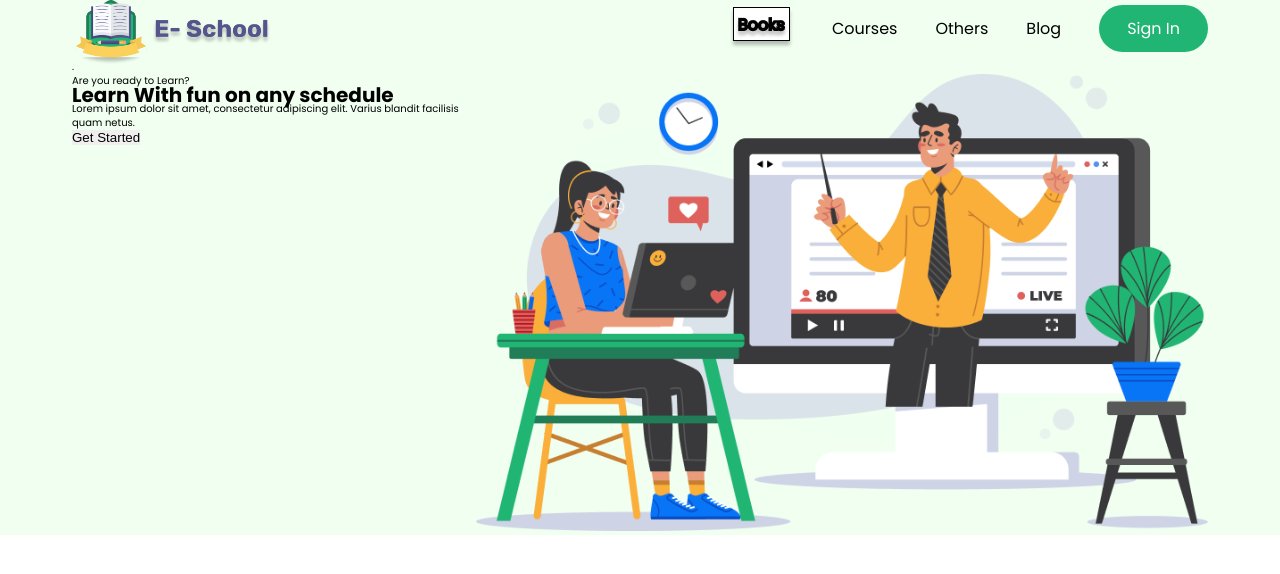
Repository: bijaythakur-code/E-school
Page: index.html
These files come from the project's save history. The page is drawn as it stood at one moment and after the next save; the edit follows.
The browser window is 1280 px wide. The pictures show the whole page.

Above is the page before, as saved 2022-05-11 14:58:12.
Console error: TypeError: Cannot set properties of null (setting 'textContent')

### index.html
<!DOCTYPE html>
<html lang="en">
  <head>
    <meta charset="UTF-8" />
    <meta http-equiv="X-UA-Compatible" content="IE=edge" />
    <meta name="viewport" content="width=device-width, initial-scale=1.0" />

    <link rel="preconnect" href="https://fonts.googleapis.com" />
    <link rel="preconnect" href="https://fonts.gstatic.com" crossorigin />
    <link
      href="https://fonts.googleapis.com/css2?family=Poppins:wght@400;500;700&family=Roboto&display=swap"
      rel="stylesheet"
    />

    <link rel="stylesheet" href="/css/general.css" />
    <link rel="stylesheet" href="/css/style.css" />
    <link rel="stylesheet" href="/css/queries.css" />
    <title>Starter Project</title>
  </head>
  <body>
    <header>
      <div class="container">
        <nav>
          <div class="logo">
            <a href="/">
              <img src="/img/logo.png" alt="E-school logo" />
            </a>
          </div>
          <ul class="main-nav">
            <li>
              <a href="/">
                <img src="/img/img-icon-books-nav.png" alt="E-school Books" />
              </a>
            </li>
            <li>
              <a class="nav-link" href="#">Courses</a>
            </li>
            <li>
              <a class="nav-link" href="#">Others</a>
            </li>
            <li>
              <a class="nav-link" href="#">Blog</a>
            </li>
            <li>
              <a class="sign-in nav-link" href="#">Sign In</a>
            </li>
          </ul>
        </nav>

        <!-- hero section -->
        .
        <div class="hero">
          <div class="hero-left">
            <p>Are you ready to Learn?</p>
            <h1>Learn With fun on <span>any schedule</span></h1>
            <p>
              Lorem ipsum dolor sit amet, consectetur adipiscing elit. Varius
              blandit facilisis quam netus.
            </p>
            <a href="#">
              <button class="btn-get-started">Get Started</button>
            </a>
          </div>
          <div class="hero-right">
            <img src="/img/image-hero.png" alt="E-school hero" />
        </div>
      </div>
    </header>
    <script src="js/script.js"></script>
  </body>
</html>

### css/general.css
/*
--- 01 TYPOGRAPHY SYSTEM

- Font sizes (px)


- Font weights
Default: 400
Medium: 500

Bold: 700


- Line heights
Default: 1
Small: 1.05
Medium: 1.2
Paragraph default: 1.6
Large: 1.8

- Letter spacing
-0.5px
0.75px

--- 02 COLORS

#000000 -- black
#21B573 -- primary
#FFFFFF -- white
#FD511A -- primary-shade-one
#413960 -- secondary
#585859 -- secondary-tint-one
#282531 -- footer background
#CDCDCD -- primary-tint-one

#F0FFF0 -- hero background

- Primary:
- Tints:


- Shades:


- Accents:
- Greys


--- 05 SHADOWS


--- 06 BORDER-RADIUS

Default: 9px
Medium: 11px

--- 07 WHITESPACE

- Spacing system (px)

*/

:root {
  /* COLORS VARIABLES */
  --primary-color: #21b573;
  --primary-shade-one: #fd511a;
  --primary-tint-one: #cdcdcd;

  --secondary-color: #413960;
  --secondary-tint-one: #585859;

  --hero-background: #f0fff0;
  --footer-background: #282531;

  --black-color: #000000;
  --white-color: #ffffff;
}

*,
*::after,
*::before {
  padding: 0;
  margin: 0;
  box-sizing: border-box;
}

html {
  /* font-size: 10px; */

  /* 10px / 16px = 0.625 = 62.5% */
  /* Percentage of user's browser font-size setting */
  font-size: 62.5%;

  /* Does NOT work on Safari */
  /* scroll-behavior: smooth; */
}

body {
  font-family: 'Poppins', sans-serif;
  line-height: 140%;
  font-weight: 400;
}

ul {
  list-style: none;
}

a {
  text-decoration: none;
}

img {
  max-width: 100%;
  height: auto;
}

button {
  border: none;
  outline: none;
  cursor: pointer;
}

/*=============== GENERAL REUSABLE CSS CLASSES ===============*/

.container {
  /* 1200px */
  max-width: 120rem;
  padding: 0 3.2rem;
  margin: 0 auto;
}

### css/style.css
/*=============== HEADER & NAV ===============*/

header {
  background-color: var(--hero-background);
}
nav {
  display: flex;
  justify-content: space-between;
}

.main-nav {
  display: flex;
  justify-content: space-between;
  align-items: center;
  gap: 38px;
}

.logo {
  height: 60px;
  width: 200px;
}

.nav-link {
  font-family: 'Poppins', sans-serif;
  font-weight: 400;
  font-size: 16px;
  color: #000000;
}

.sign-in {
  color: #ffffff;
  padding: 12px 28px;
  width: 104px;
  height: 43px;
  background: #21b573;
  border-radius: 33px;
}

/* mobile menu */

/*=============== HERO SECTION ===============*/

.hero {
  display: flex;
}

### css/queries.css
/* rem and em do NOT depend on html font-size in media queries! Instead, 1rem = 1em = 16px */

/**************************/
/* BELOW 1344px (Smaller desktops) */
/**************************/

@media (max-width: 84em) {
}

/**************************/
/* BELOW 1200px (Landscape Tablets) */
/**************************/

@media (max-width: 75em) {
  html {
    /* 9px / 16px  */
    font-size: 56.25%;
  }
}

/**************************/
/* BELOW 944px (Tablets) */
/**************************/

@media (max-width: 59em) {
  html {
    /* 8px / 16px = 0.5 = 50% */
    font-size: 50%;
  }
}

/**************************/
/* BELOW 704px (Smaller tablets) */
/**************************/

@media (max-width: 44em) {
}

/**************************/
/* BELOW 544px (Phones) */
/**************************/

@media (max-width: 34em) {
}

### js/script.js
///////////////////////////////////////////////////////////
// Set current year
const yearEl = document.querySelector('.year')
const currentYear = new Date().getFullYear()
yearEl.textContent = currentYear

///////////////////////////////////////////////////////////
// Make mobile navigation work

const btnNavEl = document.querySelector('.btn-mobile-nav')
const headerEl = document.querySelector('.nav-container')

btnNavEl.addEventListener('click', function () {
  headerEl.classList.toggle('nav-open')
})

///////////////////////////////////////////////////////////
// Smooth scrolling animation

const allLinks = document.querySelectorAll('a:link')

allLinks.forEach(function (link) {
  link.addEventListener('click', function (e) {
    e.preventDefault()
    const href = link.getAttribute('href')

    // Scroll back to top
    if (href === '#')
      window.scrollTo({
        top: 0,
        behavior: 'smooth',
      })

    // Scroll to other links
    if (href !== '#' && href.startsWith('#')) {
      const sectionEl = document.querySelector(href)
      sectionEl.scrollIntoView({ behavior: 'smooth' })
    }

    // Close mobile naviagtion
    if (link.classList.contains('nav-link'))
      headerEl.classList.toggle('nav-open')
  })
})

///////////////////////////////////////////////////////////
// Sticky navigation

const sectionHeroEl = document.querySelector('.hero')

const obs = new IntersectionObserver(
  function (entries) {
    const ent = entries[0]
    // console.log(ent)

    if (ent.isIntersecting === false) {
      document.body.classList.add('sticky')
    }

    if (ent.isIntersecting === true) {
      document.body.classList.remove('sticky')
    }
  },
  {
    // In the viewport
    root: null,
    threshold: 0,
    rootMargin: '-80px',
  }
)
obs.observe(sectionHeroEl)

After the next save:
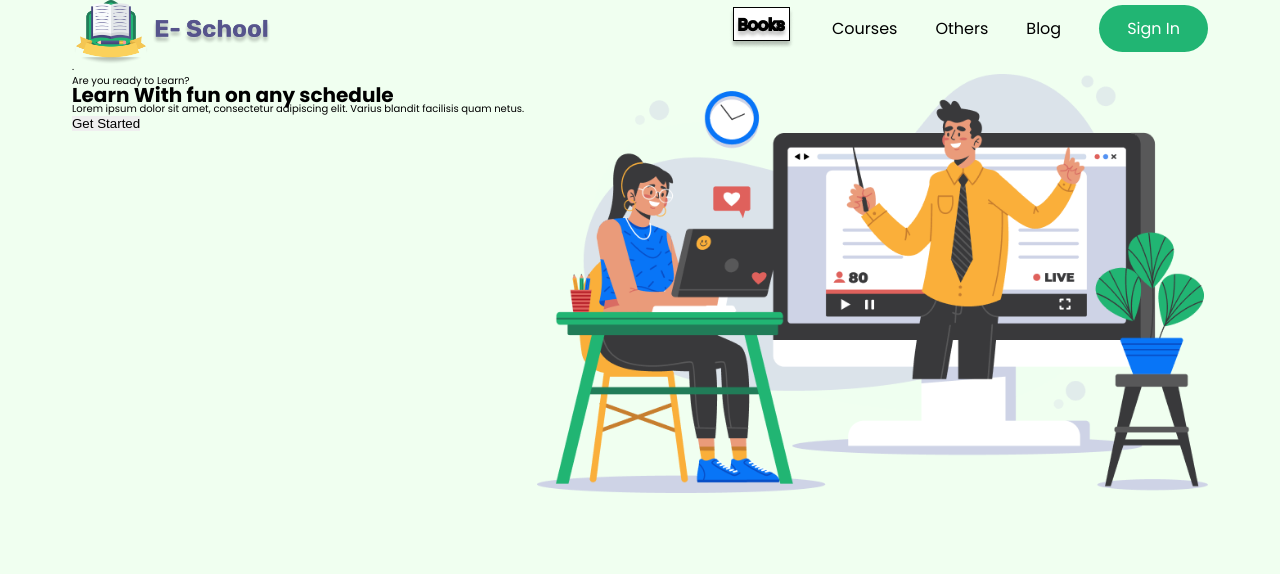
Saved 2 min 22 s later.
--- a/css/style.css
+++ b/css/style.css
@@ -2,6 +2,7 @@
 
 header {
   background-color: var(--hero-background);
+  height: 100vh;
 }
 nav {
   display: flex;
@@ -43,3 +44,7 @@
 .hero {
   display: flex;
 }
+
+.hero-left {
+  width: 50%;
+}
